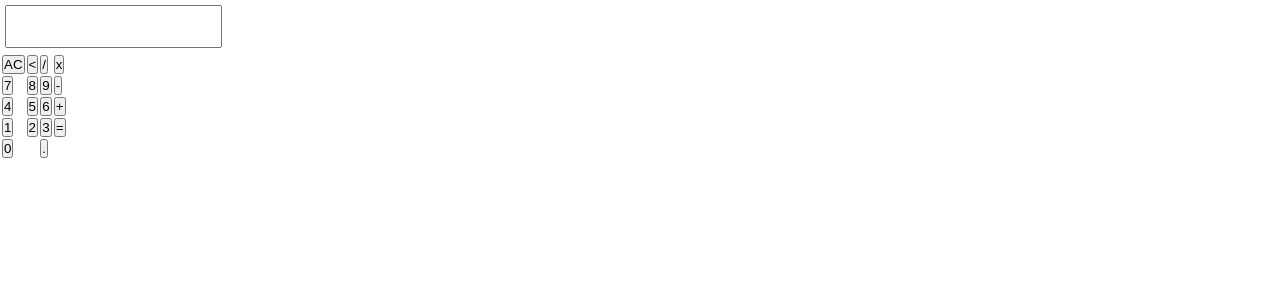
Repository: lacey-crenshaw/calculator
Page: index.html
These files come from the project's save history. The page is drawn as it stood at one moment and after the next save; the edit follows.
The browser window is 1280 px wide. The pictures show the whole page.

Above is the page before, as saved 2020-02-14 09:39:02.

### index.html
<html>
    <head>
        <script>
            function insert(num){
                document.form.textview.value = document.form.textview.value+num
            }

            function equal(){
                let exp = document.form.textview.value;
                if(exp){
                document.form.textview.value = eval(exp)
                }
            }

            function ac(){
                document.form.textview.value = "";
            }

            function back(){
                let exp = document.form.textview.value;
                document.form.textview.value = exp.substring(0, exp.length -1);
            }
        </script>
        <style>
            *{
                margin:0;
                padding:0;
            }

            button {
                width: 50;
                height: 50;
                font-size: 2.5;
                margin: 2;
                cursor: pointer;
            }

            .textview {
                width: 217;
                margin: 5;
                font-size: 25;
                padding: 5;
            }
        </style>
    </head>
    <body>
        <div class="main">
            <form name="form">
                <input class="textview" name="textview">
            </form>
            <table>
                <tr>
                    <td><input type="button" value="AC" onclick="ac()"> </td>
                    <td><input type="button" value="<" onclick="back()"> </td>
                    <td><input type="button" value="/" onclick="insert('/')"> </td>
                    <td><input type="button" value="x" onclick="insert('*')"> </td>
                </tr>
                <tr>
                    <td><input type="button" value="7" onclick="insert(7)"> </td>
                    <td><input type="button" value="8" onclick="insert(8)"> </td>
                    <td><input type="button" value="9" onclick="insert(9)"> </td>
                    <td><input type="button" value="-" onclick="insert('-')"> </td>
                </tr>
                <tr>
                    <td><input type="button" value="4" onclick="insert(4)"> </td>
                    <td><input type="button" value="5" onclick="insert(5)"> </td>
                    <td><input type="button" value="6" onclick="insert(6)"> </td>
                    <td><input type="button" value="+" onclick="insert('+')"> </td>
                </tr>
                <tr>
                    <td><input type="button" value="1" onclick="insert(1)"> </td>
                    <td><input type="button" value="2" onclick="insert(2)"> </td>
                    <td><input type="button" value="3" onclick="insert(3)"> </td>
                    <td><input type="button" value="=" onclick="equal()"> </td>
                </tr>
                <tr>
                    <td colspan="2"><input type="button" value="0" onclick="insert(0)"> </td>
                    <td><input type="button" value="." onclick="insert('.')"> </td>
                </tr>
            </table>
        </div>
    </body>
</html>

After the next save:
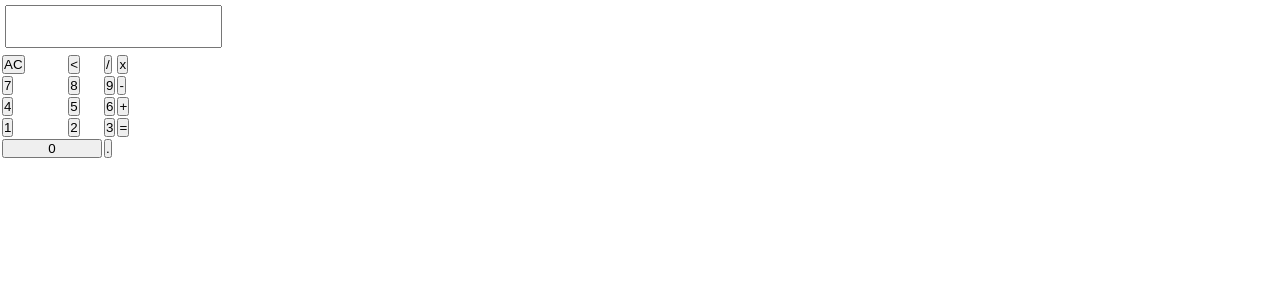
Saved 87 s later.
--- a/index.html
+++ b/index.html
@@ -74,7 +74,7 @@
                     <td><input type="button" value="=" onclick="equal()"> </td>
                 </tr>
                 <tr>
-                    <td colspan="2"><input type="button" value="0" onclick="insert(0)"> </td>
+                    <td colspan="2"><input type="button" style="width: 100" value="0" onclick="insert(0)"> </td>
                     <td><input type="button" value="." onclick="insert('.')"> </td>
                 </tr>
             </table>
